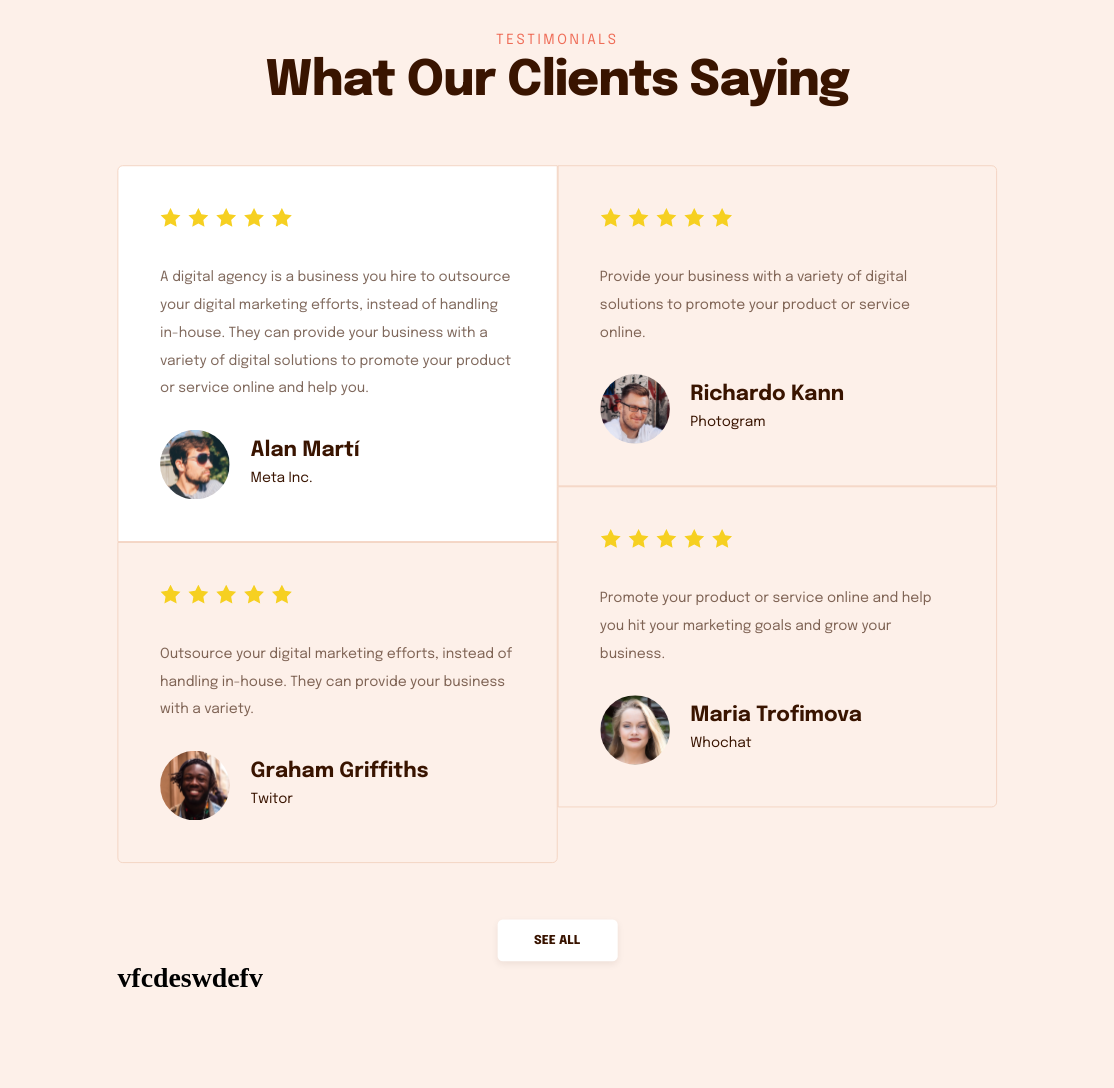
Repository: SabrinaSeydaliyeva/Task-17
Page: pages/testimonialsPage/index.html
These files come from the project's save history. The page is drawn as it stood at one moment and after the next save; the edit follows.
The browser window is 1280 px wide. The pictures show the whole page, at 87% of full size.
The style sheet was rebuilt from its Sass, Less or Tailwind sources for each picture, by a compiler version that may differ from the author's.

Above is the page before, as saved 2023-09-07 16:18:50.

### pages/testimonialsPage/index.html
<!DOCTYPE html>
<html lang="en">
  <head>
    <meta charset="UTF-8" />
    <meta http-equiv="X-UA-Compatible" content="IE=edge" />
    <meta name="viewport" content="width=device-width, initial-scale=1.0" />
    <title>Testimonials</title>
    <link rel="stylesheet" href="../../assets/css/reset.css" />
    <link rel="stylesheet" href="index.css" />
  </head>
  <body>
    <div class="container">
      <div class="text">
        <p>Testimonials</p>
        <h1>What Our Clients Saying</h1>
      </div>

      <div class="main">
        <div class="left-main">
            <div class="box">
                <img src="./images/star.svg" alt="" />
                <p>
                  A digital agency is a business you hire to outsource your digital
                  marketing efforts, instead of handling in-house. They can provide
                  your business with a variety of digital solutions to promote your
                  product or service online and help you.
                </p>
                <div class="img-info">
                  <img src="./images/person-1.svg" alt="" />
                  <div class="h-text">
                    <h2>Alan Martí</h2>
                    <h3>Meta Inc.</h3>
                  </div>
                </div>
              </div>

              <div class="box">
                  <img src="./images/star.svg" alt="" />
                  <p>
                    Outsource your digital marketing efforts, instead of handling
                    in-house. They can provide your business with a variety.
                  </p>
                  <div class="img-info">
                    <img src="./images/person-3.svg" alt="" />
                    <div class="h-text">
                      <h2>Graham Griffiths</h2>
                      <h3>Twitor</h3>
                    </div>
                  </div>
                </div>
        </div>

        <div class="right-main">
            <div class="box">
                <img src="./images/star.svg" alt="" />
                <p>
                  Provide your business with a variety of digital solutions to promote
                  your product or service online.
                </p>
                <div class="img-info">
                  <img src="./images/person-2.svg" alt="" />
                  <div class="h-text">
                    <h2>Richardo Kann</h2>
                    <h3>Photogram</h3>
                  </div>
                </div>
              </div>

              <div class="box">
                <img src="./images/star.svg" alt="" />
                <p>
                  Promote your product or service online and help you hit your marketing goals and grow your business.
                </p>
                <div class="img-info">
                  <img src="./images/person-4.svg" alt="" />
                  <div class="h-text">
                    <h2>Maria Trofimova</h2>
                    <h3>Whochat</h3>
                  </div>
                </div>
              </div>
        </div>
      </div>

      <button>See All</button>
      <h1 class="p">
        vfcdeswdefv
      </h1>
    </div>
  </body>
</html>

### assets/css/reset.scss
*{
    margin: 0;
    padding: 0;
    box-sizing: border-box;
}
a{
    text-decoration: none;
}
button{
    border: none;
}

### pages/testimonialsPage/index.scss
@import url("https://fonts.googleapis.com/css2?family=Epilogue:wght@400;700;800&display=swap");

.container {
  width: 100%;
  min-height: 100vh;
  background-color: #fdf0e9;
  padding: 30px 134px 108px 135px;

  .text {
    p {
      color: var(--Text_Dark_Accent, #ef6d58);
      text-align: center;
      font-feature-settings: "clig" off, "liga" off;
      font-family: Epilogue;
      font-size: 16px;
      font-style: normal;
      font-weight: 400;
      line-height: 32px;
      letter-spacing: 3px;
      text-transform: uppercase;
    }

    h1 {
      color: var(--Text_Dark, #391400);
      text-align: center;
      font-feature-settings: "clig" off, "liga" off;
      font-family: Epilogue;
      font-size: 56px;
      font-style: normal;
      font-weight: 800;
      line-height: 64px;
      letter-spacing: -1px;
    }
  }

  .main {
    margin-top: 64px;
    display: flex;
    .left-main,
    .right-main {
      width: 50%;
      .box {
        border: 1px solid #f3d1bf;
        padding: 48px;
        p {
          margin-top: 36px;
          color: var(--Text_Dark_Gray, rgba(57, 20, 0, 0.64));
          font-feature-settings: "clig" off, "liga" off;
          font-family: Epilogue;
          font-size: 16px;
          font-style: normal;
          font-weight: 400;
          line-height: 32px;
        }

        img {
          width: 152px;
          height: 24px;
        }
        .img-info {
          margin-top: 31px;
          display: flex;
          align-items: center;

          img {
            margin-right: 24px;
            width: 80px;
            height: 80px;
          }

          .h-text {
            h2 {
              color: var(--Text_Dark, #391400);
              font-feature-settings: "clig" off, "liga" off;
              font-family: Epilogue;
              font-size: 24px;
              font-style: normal;
              font-weight: 700;
              line-height: 32px;
            }

            h3 {
              color: var(--Text_Dark, #391400);
              font-feature-settings: "clig" off, "liga" off;
              font-family: Epilogue;
              font-size: 16px;
              font-style: normal;
              font-weight: 400;
              line-height: 32px;
            }
          }
        }
      }



    }
    .left-main .box:first-child{
      background-color: white;
      border-radius: 6px 0px 0px 0px;

    }
    .left-main .box:nth-child(2){
      border-radius: 0px 0px 6px 6px;

    }
    .right-main .box:first-child{
      border-radius: 0px 6px 0px 0px;

    }
    .right-main .box:nth-child(2){
      border-radius: 0px 0px 6px 0px;

    }
  }

  button {
    margin: auto;
    margin-top: 65px;
    width: 138px;
    height: 48px;
    display: block;
    border-radius: 6px;
    background: #fff;
    box-shadow: 0px 3px 9px 0px rgba(57, 20, 0, 0.08);
    color: #391400;
    text-align: center;
    font-family: Epilogue;
    font-size: 14px;
    font-style: normal;
    font-weight: 900;
    line-height: normal;
    text-transform: uppercase;
  }
}

After the next save:
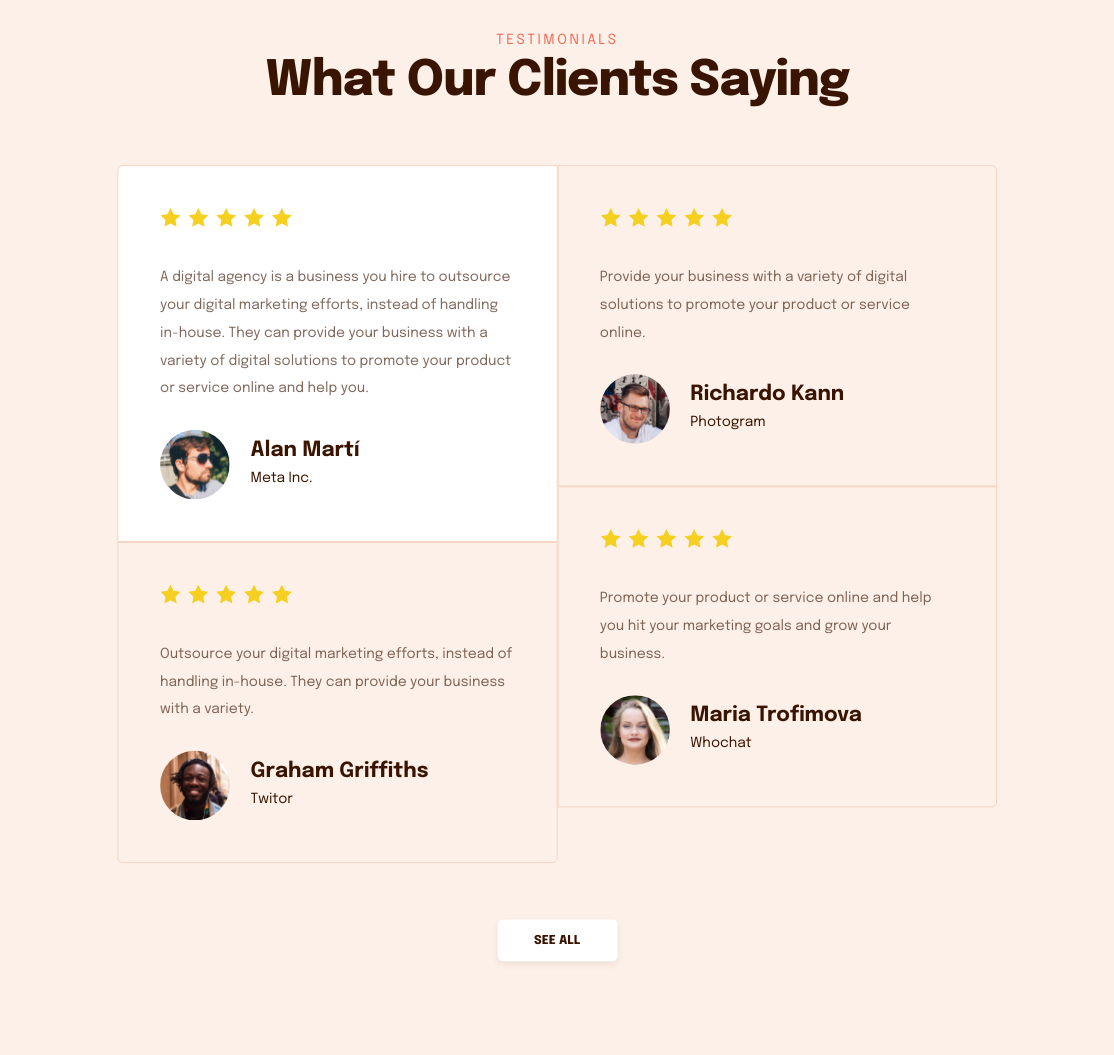
Saved 2 s later.
--- a/pages/testimonialsPage/index.html
+++ b/pages/testimonialsPage/index.html
@@ -83,9 +83,7 @@
       </div>
 
       <button>See All</button>
-      <h1 class="p">
-        vfcdeswdefv
-      </h1>
+
     </div>
   </body>
 </html>
